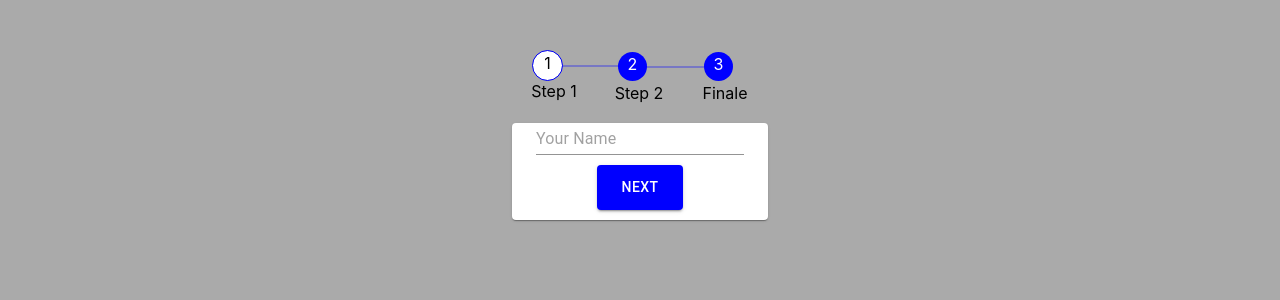
Repository: SD-Mdouka/project_step
Page: /
The author's editor kept a copy of each file at every save. The page is drawn from the files as they stood at one save, then again after the next save.
The browser window is 1280 px wide. The pictures show the whole page.
The project was rebuilt for these pictures with package versions that can differ from the ones it lists, and the page was loaded fresh each time.

Above is the page before, as saved 2022-09-07 12:14:07.

After the next save:
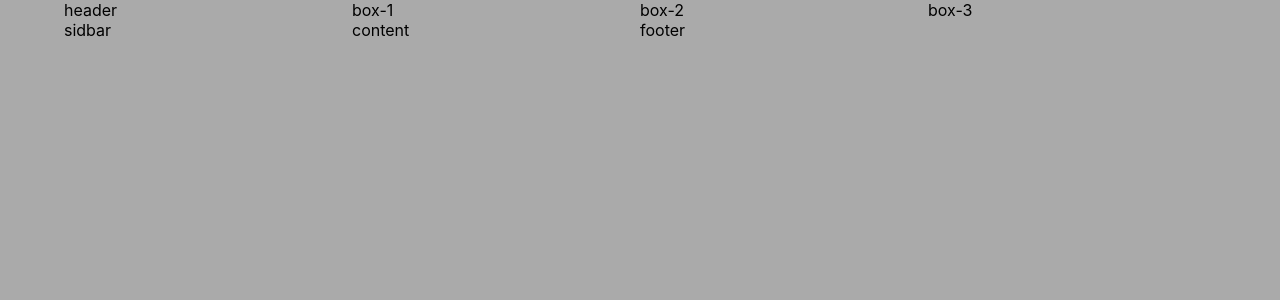
Saved 24 s later.
--- a/src/index.js
+++ b/src/index.js
@@ -1,7 +1,7 @@
 import React from "react";
 import ReactDOM from "react-dom/client";
 import "./index.css";
-import App from "./Steps";
+import App from "./Grid";
 // import { AppBar, Toolbar, Typography } from "@material-ui/core";
 
 const root = ReactDOM.createRoot(document.getElementById("root"));
